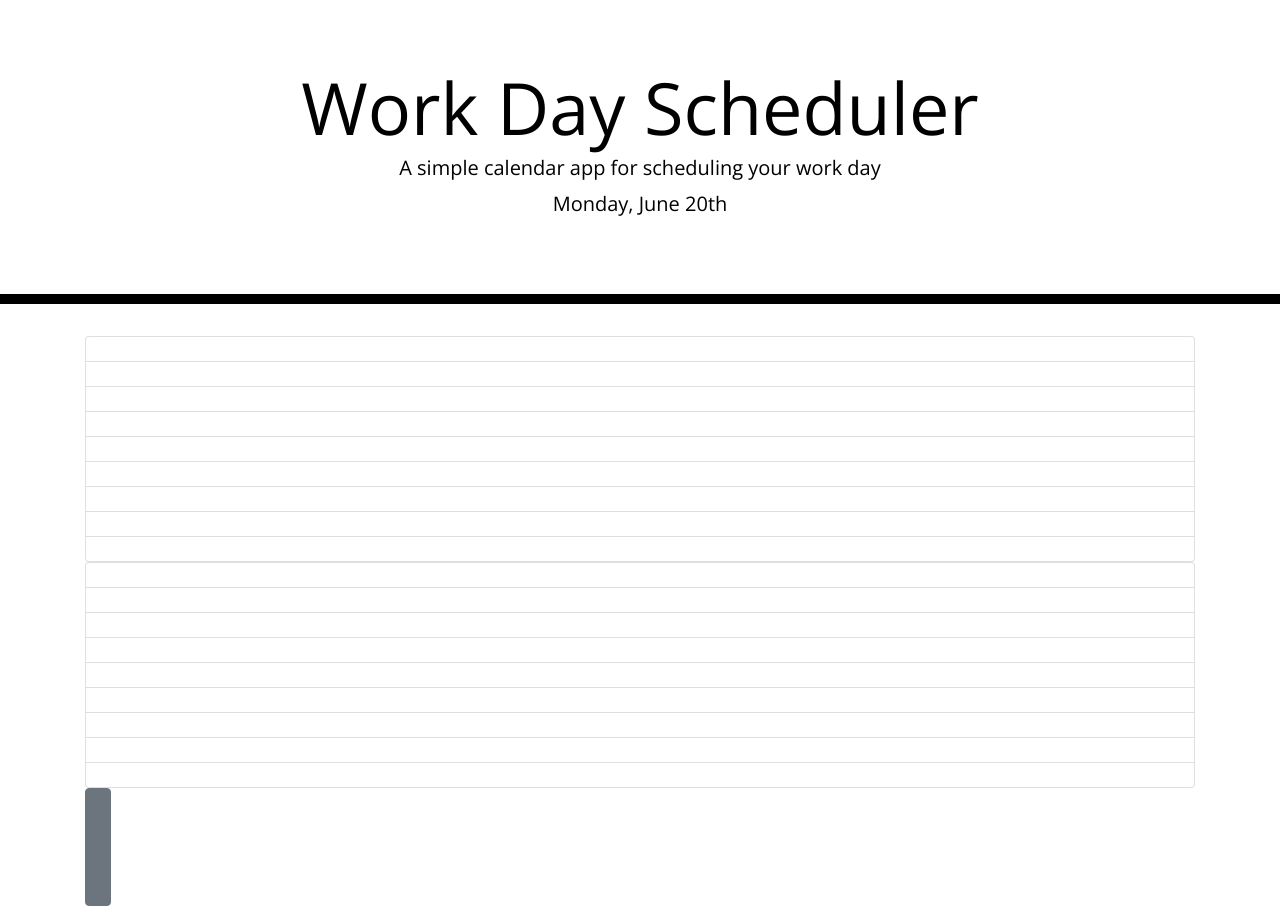
Repository: dtierney21/work-day-scheduler
Page: index.html
The author's editor kept a copy of each file at every save. The page is drawn from the files as they stood at one save, then again after the next save.
The browser window is 1280 px wide. The pictures show the whole page.
Some web libraries are served in a nearby version.

Above is the page before, as saved 2022-06-28 11:58:54.

After the next save:
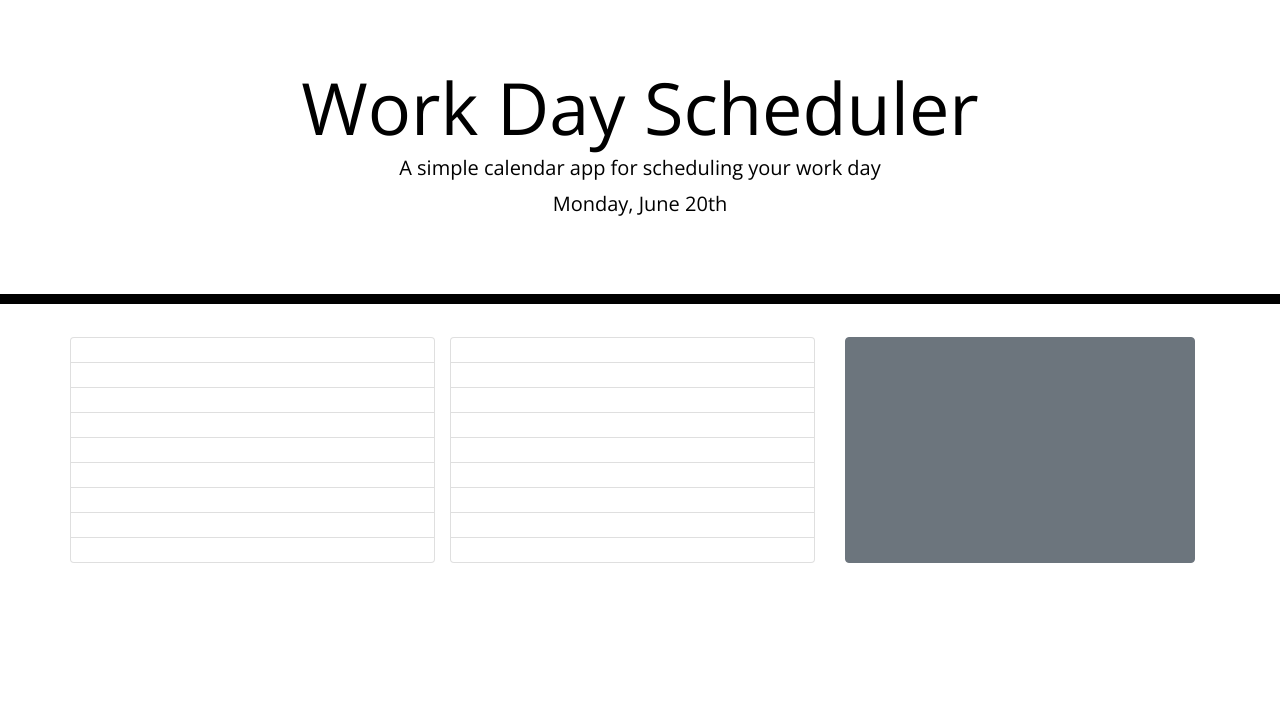
Saved 3 min 16 s later.
--- a/index.html
+++ b/index.html
@@ -28,42 +28,44 @@
       <p class="lead">A simple calendar app for scheduling your work day</p>
       <p id="currentDay" class="lead"></p>
     </header>
-    <div class="container">
+    <section class="container">
+        <div class="row">
       <!-- Timeblocks go here -->
-      <ul class="list-group">
-        <li class="list-group-item"></li>
-        <li class="list-group-item"></li>
-        <li class="list-group-item"></li>
-        <li class="list-group-item"></li>
-        <li class="list-group-item"></li>
-        <li class="list-group-item"></li>
-        <li class="list-group-item"></li>
-        <li class="list-group-item"></li>
-        <li class="list-group-item"></li>
-      </ul>
-      <ul class="list-group">
-        <li class="list-group-item"></li>
-        <li class="list-group-item"></li>
-        <li class="list-group-item"></li>
-        <li class="list-group-item"></li>
-        <li class="list-group-item"></li>
-        <li class="list-group-item"></li>
-        <li class="list-group-item"></li>
-        <li class="list-group-item"></li>
-        <li class="list-group-item"></li>
-      </ul>
-      <div class="btn-group-vertical">
-        <button type="button" class="btn btn-secondary"></button>
-        <button type="button" class="btn btn-secondary"></button>
-        <button type="button" class="btn btn-secondary"></button>
-        <button type="button" class="btn btn-secondary"></button>
-        <button type="button" class="btn btn-secondary"></button>
-        <button type="button" class="btn btn-secondary"></button>
-        <button type="button" class="btn btn-secondary"></button>
-        <button type="button" class="btn btn-secondary"></button>
-        <button type="button" class="btn btn-secondary"></button>
-      </div>
-    </div>
+            <ul class="list-group col-4">
+                <li class="list-group-item"></li>
+                <li class="list-group-item"></li>
+                <li class="list-group-item"></li>
+                <li class="list-group-item"></li>
+                <li class="list-group-item"></li>
+                <li class="list-group-item"></li>
+                <li class="list-group-item"></li>
+                <li class="list-group-item"></li>
+                <li class="list-group-item"></li>
+            </ul>
+            <ul class="list-group col-4">
+                <li class="list-group-item"></li>
+                <li class="list-group-item"></li>
+                <li class="list-group-item"></li>
+                <li class="list-group-item"></li>
+                <li class="list-group-item"></li>
+                <li class="list-group-item"></li>
+                <li class="list-group-item"></li>
+                <li class="list-group-item"></li>
+                <li class="list-group-item"></li>
+            </ul>
+            <div class="btn-group-vertical col-4">
+                <button type="button" class="btn btn-secondary"></button>
+                <button type="button" class="btn btn-secondary"></button>
+                <button type="button" class="btn btn-secondary"></button>
+                <button type="button" class="btn btn-secondary"></button>
+                <button type="button" class="btn btn-secondary"></button>
+                <button type="button" class="btn btn-secondary"></button>
+                <button type="button" class="btn btn-secondary"></button>
+                <button type="button" class="btn btn-secondary"></button>
+                <button type="button" class="btn btn-secondary"></button>
+            </div>
+        </div>
+    </section>
 
     <script src="https://cdnjs.cloudflare.com/ajax/libs/jquery/3.5.1/jquery.min.js"></script>
     <script src="https://cdnjs.cloudflare.com/ajax/libs/moment.js/2.24.0/moment.min.js"></script>
